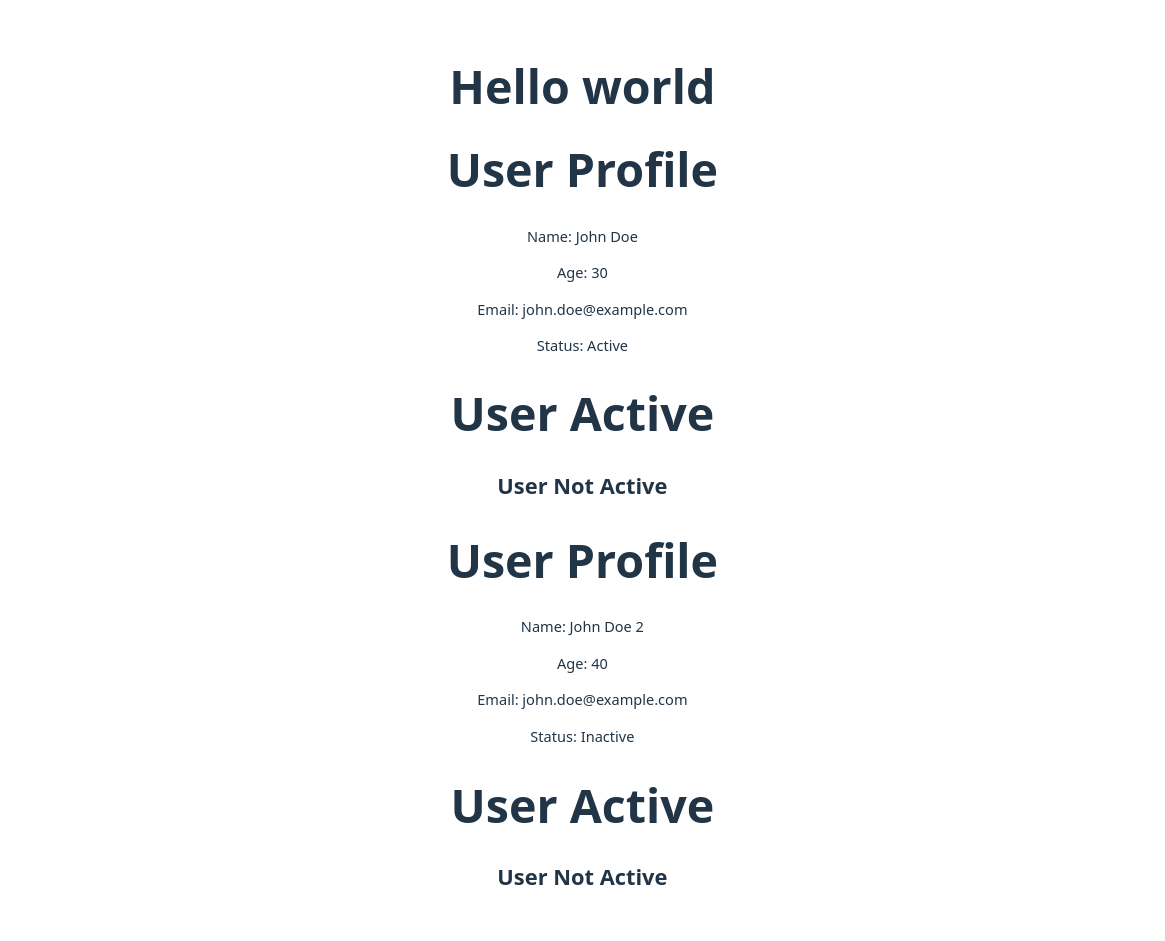
Repository: Janum4444/React-learning
Page: /
An editor plug-in stored every save of this project. The page is shown before and after the next save, followed by the edit.
The browser window is 1280 px wide. The pictures show the whole page, at 91% of full size.
The project was rebuilt for these pictures with package versions that can differ from the ones it lists, and the page was loaded fresh each time. Also part of the build but not shown: vite.config.js, src/Button.jsx, src/DynamicToaster.jsx, src/Hello.jsx.

Above is the page before, as saved 2026-02-22 12:43:52.

After the next save:
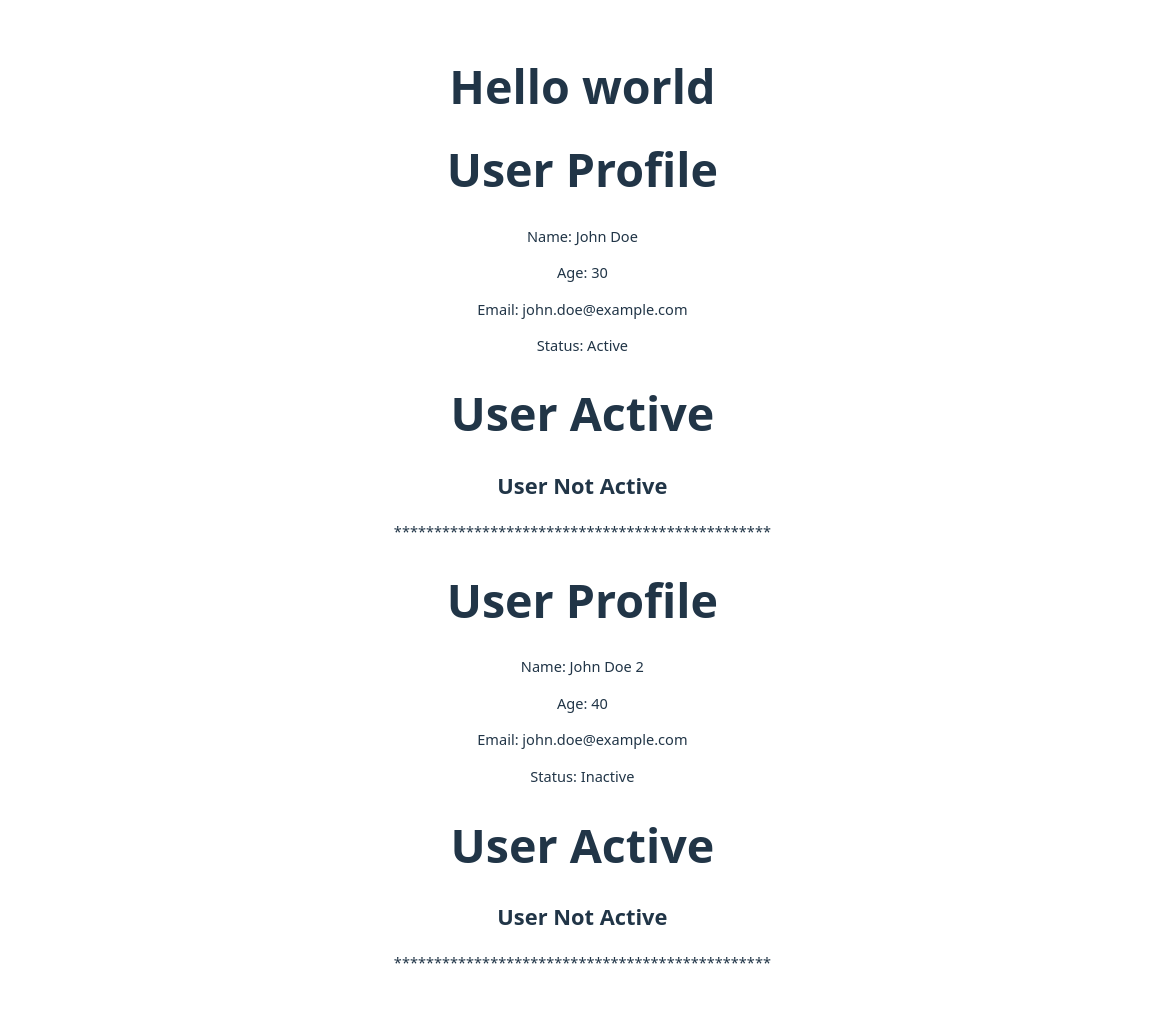
Saved 26 s later.
--- a/src/UserProfile.jsx
+++ b/src/UserProfile.jsx
@@ -11,6 +11,7 @@ export const UserProfile = ({name, age, email, isActive}) => {
 
             <h1>User Active</h1>
             <h2>User Not Active</h2>
+            <p>***********************************************</p>
         </div>
     )
 }
